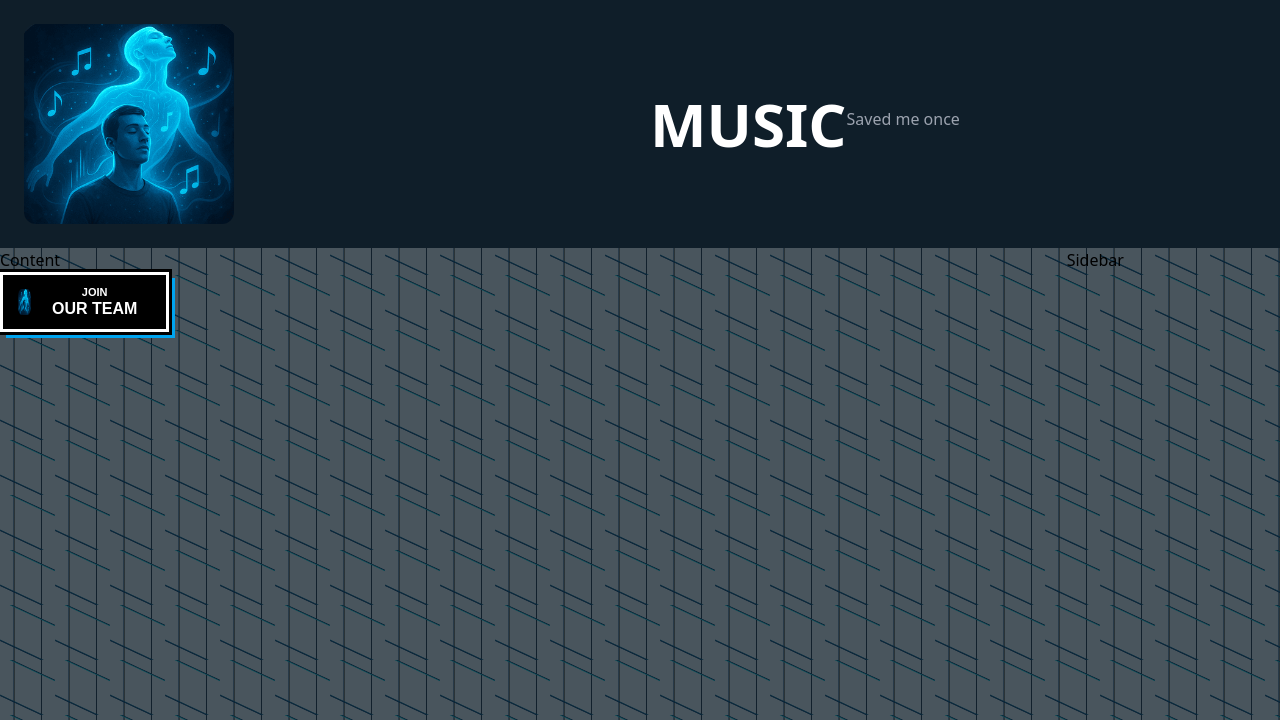
Repository: ItsMe-Pal/something
Page: index.html
An editor plug-in stored every save of this project. The page is shown before and after the next save, followed by the edit.
The browser window is 1280 px wide. The pictures show the whole page.
The style sheet was rebuilt from its Sass, Less or Tailwind sources for each picture, by a compiler version that may differ from the author's.

Above is the page before, as saved 2025-06-22 19:01:30.

After the next save:
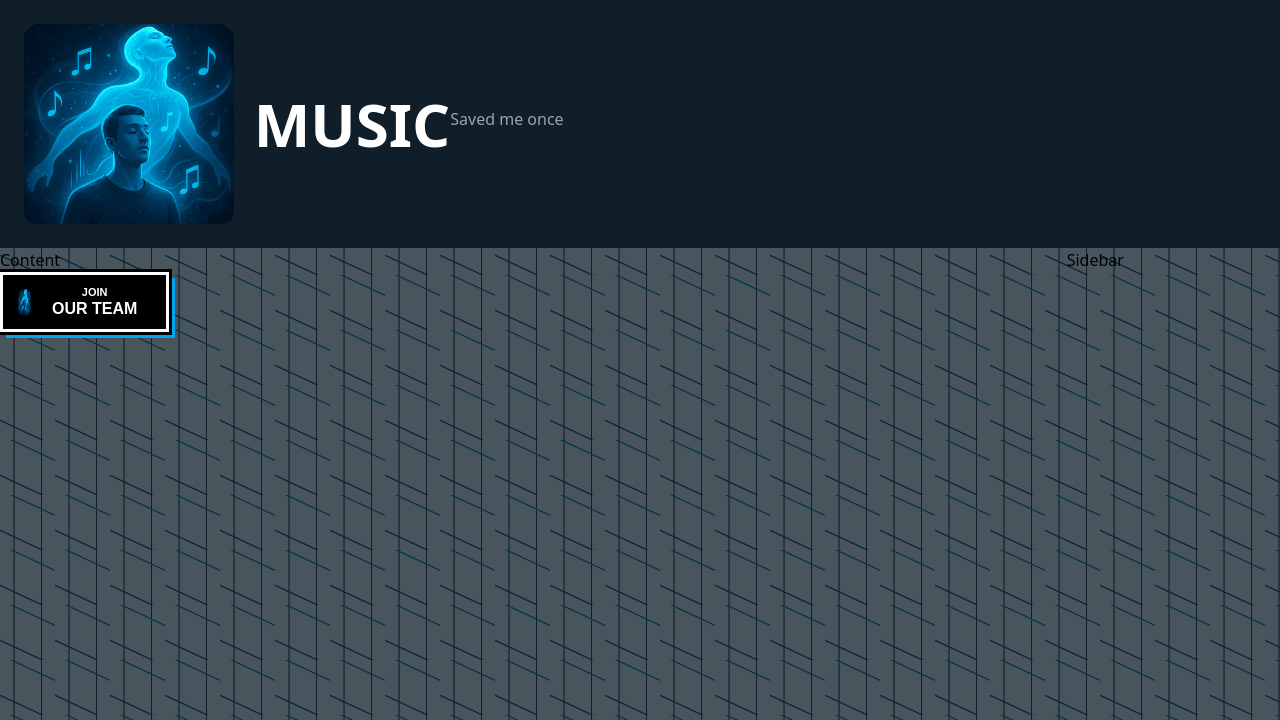
Saved 14 s later.
--- a/index.html
+++ b/index.html
@@ -21,7 +21,7 @@
 
                 <header style="background-color: #0f1e29;">
                     <nav class="mx-auto flex max-w-7xl items-center justify-center gap-5 p-6 lg:px-8" aria-label="Global">
-                      <div class="flex lg:flex-1">
+                      <div class="flex  ">
 
                           <img class="h-50 w-auto rounded-xl" src="/imgs/icons/icon-512x512.png" alt="" />
                       </div>
